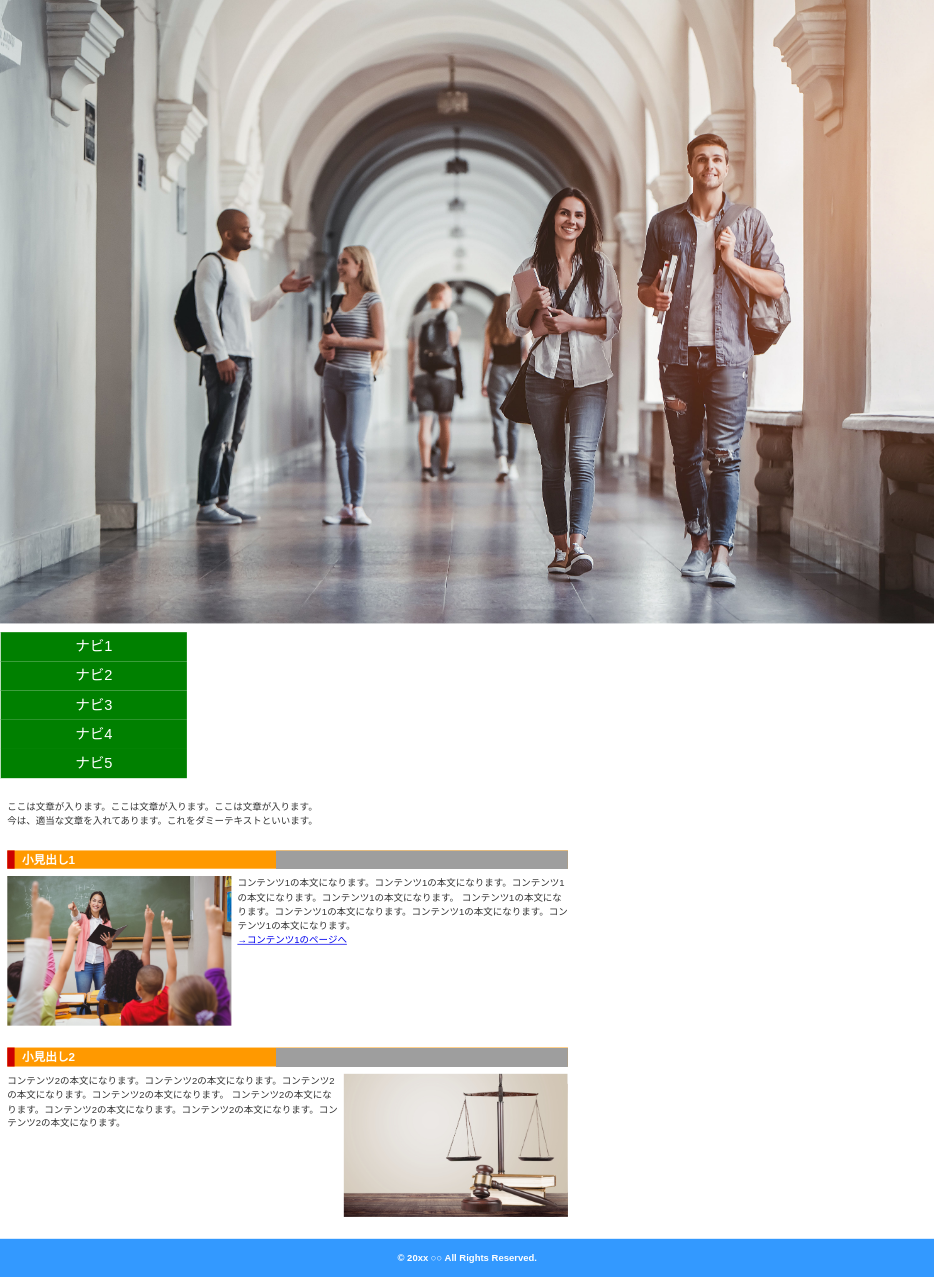
Repository: yu-0922/samurai_HTML-CSS
Page: home.html
The author's editor kept a record of every edit. The page is drawn from the files as they stood at one moment, then again after the next edit.
The browser window is 1280 px wide. The pictures show the whole page, at 73% of full size.
Pictures or frames that could not be fetched are drawn as grey boxes.

Above is the page before.

After the next edit:
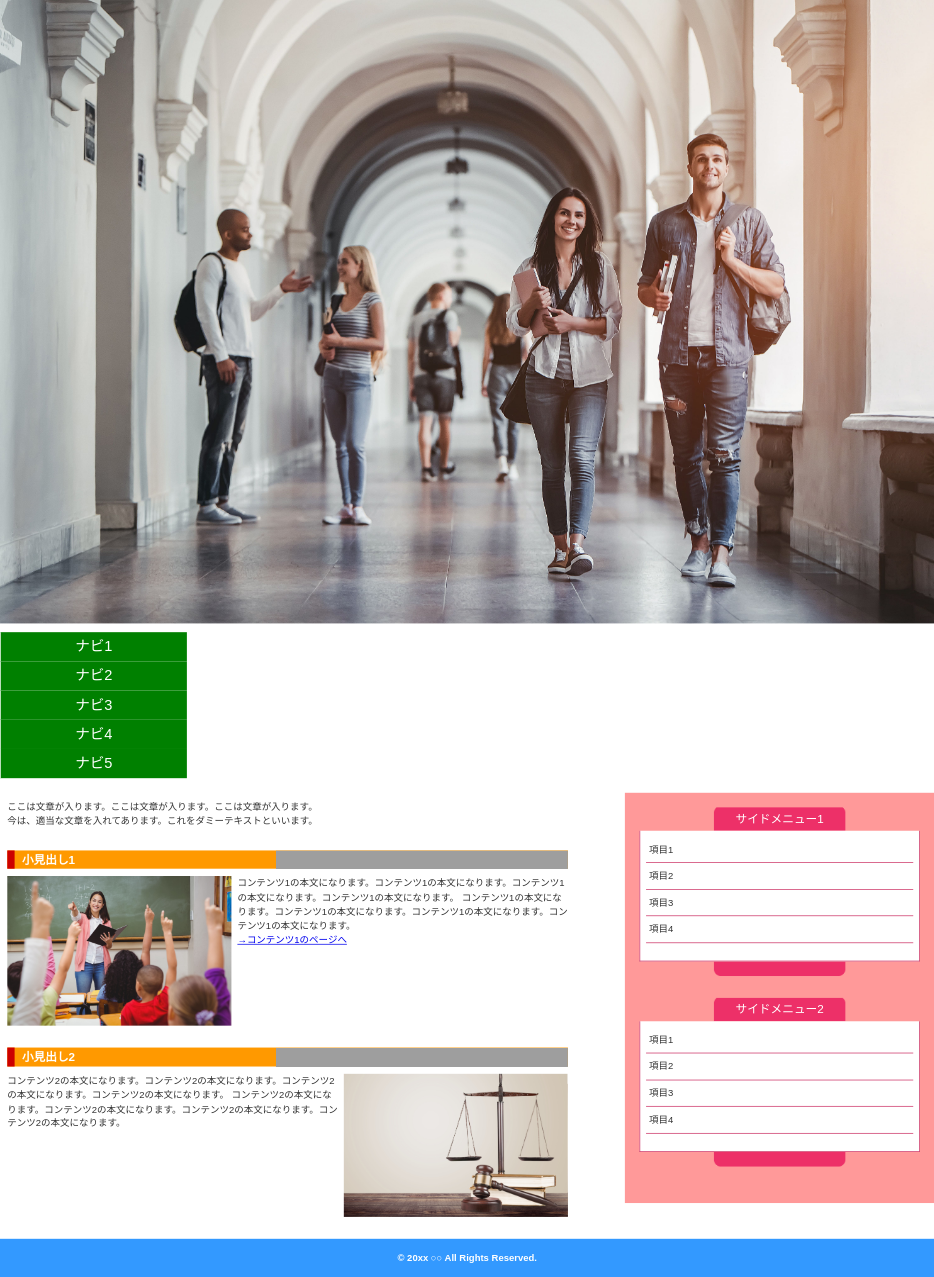
The edit:
--- a/home.html
+++ b/home.html
@@ -21,14 +21,15 @@
             </div>
             <div id="container">
                 <div id="main">
-                   <div class="post">
-                       <p>ここは文章が入ります。ここは文章が入ります。ここは文章が入ります。<br />今は、適当な文章を入れてあります。これをダミーテキストといいます。</p>
-                   </div>
-                   <div class="post clearfix">
+                    <div class="post">
+                        <p>ここは文章が入ります。ここは文章が入ります。ここは文章が入ります。<br />今は、適当な文章を入れてあります。これをダミーテキストといいます。</p>
+                    </div>
+                    <div class="post clearfix">
                         <h2>小見出し1</h2>
                         <img class="left" src="images/classroom.jpg" alt="授業風景" />
                         <p>
-                           コンテンツ1の本文になります。コンテンツ1の本文になります。コンテンツ1の本文になります。コンテンツ1の本文になります。                            コンテンツ1の本文になります。コンテンツ1の本文になります。コンテンツ1の本文になります。コンテンツ1の本文になります。
+                            コンテンツ1の本文になります。コンテンツ1の本文になります。コンテンツ1の本文になります。コンテンツ1の本文になります。
+                            コンテンツ1の本文になります。コンテンツ1の本文になります。コンテンツ1の本文になります。コンテンツ1の本文になります。
                         </p>
                         <p><a href="#">→コンテンツ1のページへ</a></p>
                     </div>
@@ -41,6 +42,30 @@
                         </p>
                     </div>
                 </div>
+                <div id="side">
+                    <div class="box">
+                        <h2>サイドメニュー1</h2>
+                        <div class="boxBody">
+                            <ul>
+                                <li>項目1</li>
+                                <li>項目2</li>
+                                <li>項目3</li>
+                                <li>項目4</li>
+                            </ul>
+                        </div>
+                    </div>
+                    <div class="box">
+                        <h2>サイドメニュー2</h2>
+                        <div class="boxBody">
+                            <ul>
+                                <li>項目1</li>
+                                <li>項目2</li>
+                                <li>項目3</li>
+                                <li>項目4</li>
+                            </ul>
+                        </div>
+                    </div>
+                </div>
             </div>
         </div>
         <div id="footer">
